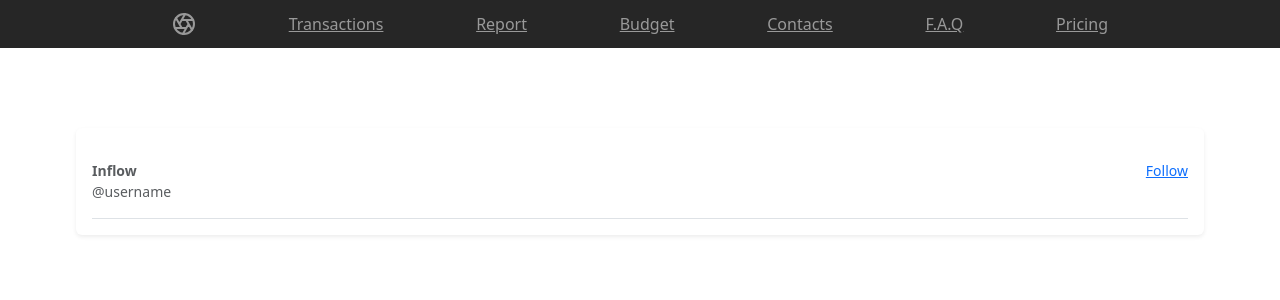
Repository: Nuriddinkhuja/budget-app-advanced
Page: index.html
An editor plug-in stored every save of this project. The page is shown before and after the next save, followed by the edit.
The browser window is 1280 px wide. The pictures show the whole page.
Some web libraries are served in a nearby version.

Above is the page before, as saved 2019-12-17 16:11:10.

After the next save:
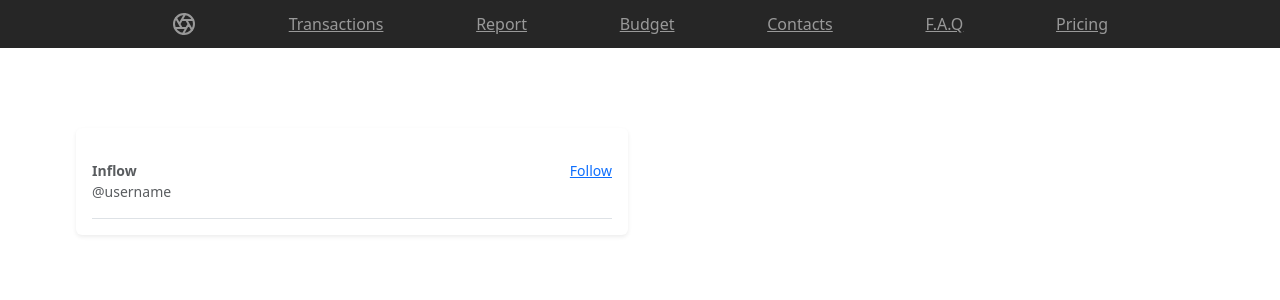
Saved 72 s later.
--- a/index.html
+++ b/index.html
@@ -23,7 +23,7 @@
     </nav>
     <div class="container-flow">
         <div class="row p-3 p-md-5 m-md-3">
-            <div class="w-100">
+            <div class="col-sm">
                 <div class="my-3 p-3 bg-white rounded shadow-sm">
                     <div class="media text-muted pt-3">
                         <div class="media-body pb-3 mb-0 small lh-125 border-bottom border-gray">
@@ -36,6 +36,9 @@
                     </div>
                 </div>
             </div>
+            <div class="col-sm">
+
+            </div>
         </div>
     </div>
 
